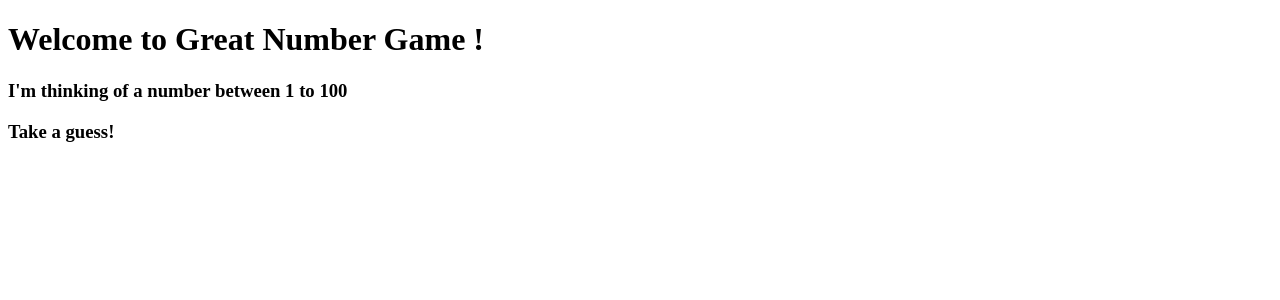
Repository: schintatkun/JavaSpring
Page: http://localhost/GreatNumberGame/WEB-INF/main.jsp
The author's editor kept a copy of each file at every save. The page is drawn from the files as they stood at one save, then again after the next save.
The browser window is 1280 px wide. The pictures show the whole page.
The page is served by Tomcat 9. Nobody is signed in. Other server files are loaded and not shown. The template is opened directly, without the code that normally fills it, so the values that code supplies are empty.

Above is the page before, as saved 2018-09-10 03:02:52.

### servlets/GreatNumberGame/WebContent/WEB-INF/main.jsp
<%@ page language="java" contentType="text/html; charset=UTF-8"
    pageEncoding="UTF-8"%>
<!DOCTYPE html>
<html>
<head>
	<meta charset="UTF-8">
	<title>Insert title here</title>
</head>
<body>

	<div class="container">
		<h1>Welcome to Great Number Game !</h1>
		<h3>I'm thinking of a number between 1 to 100</h3>
		<h3>Take a guess!</h3>

		<form action="" method="">

		</form>
	</div>

</body>
</html>

After the next save:
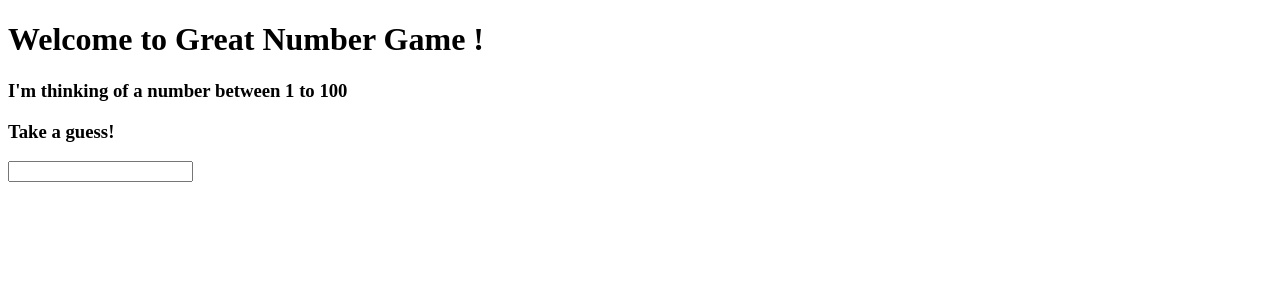
Saved 34 s later.
--- a/servlets/GreatNumberGame/WebContent/WEB-INF/main.jsp
+++ b/servlets/GreatNumberGame/WebContent/WEB-INF/main.jsp
@@ -13,8 +13,8 @@
 		<h3>I'm thinking of a number between 1 to 100</h3>
 		<h3>Take a guess!</h3>
 
-		<form action="" method="">
-
+		<form action="" method="POST">
+			<input type="text">
 		</form>
 	</div>
 
